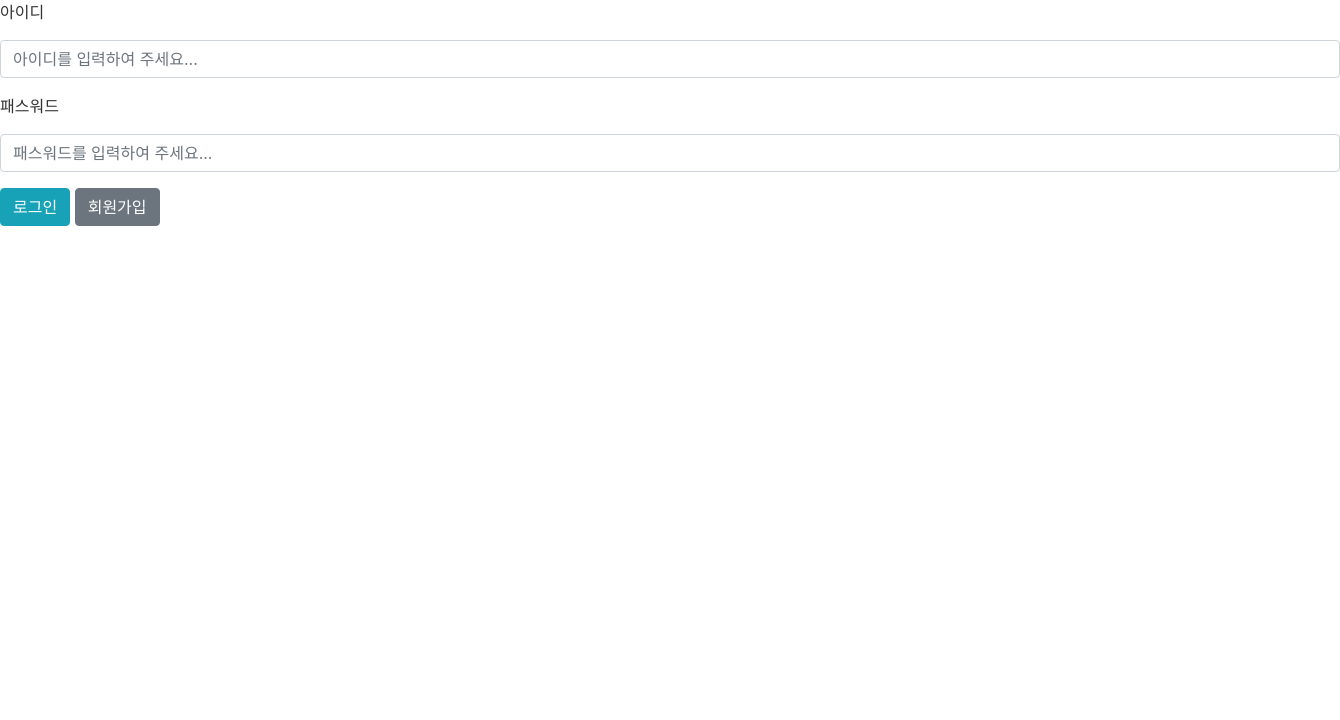
Repository: JangHyuckYun/jsp_study
Page: http://localhost/servletStudy/
The author's editor kept a copy of each file at every save. The page is drawn from the files as they stood at one save, then again after the next save.
The browser window is 1280 px wide. The page is 1340 px wide, so the pictures cover 1340 px, including what lies to the right of the window. The pictures show the whole page.
The page is served by Tomcat 9. Other server files are loaded and not shown.

Above is the page before, as saved 2020-09-23 11:40:37.

### user_related_simple_logic/servletStudy/WebContent/index.jsp
<%@ page language="java" contentType="text/html; charset=UTF-8"
	pageEncoding="UTF-8"%>
<!DOCTYPE html>
<html lang="ko">
<head>
    <meta charset="UTF-8">
    <meta name="viewport"
          content="width=device-width, user-scalable=no, initial-scale=1.0, maximum-scale=1.0, minimum-scale=1.0">
    <meta http-equiv="X-UA-Compatible" content="ie=edge">
    <title>login_page</title>
    <link rel="stylesheet" href="bootstrap-4.3.1-dist/css/bootstrap.min.css">
    <link rel="stylesheet" href="./css/style.css">
</head>
<body>
<section class="login rel">
    <div class="cover rel">
        <form action="/login_action" method="post">
            <div class="form-group">
                <p>아이디</p>
                <input class="form-control" required type="text" name="id" placeholder="아이디를 입력하여 주세요...">
            </div>
            <div class="form-group">
                <p>패스워드</p>
                <input class="form-control" required type="password" name="pw" placeholder="패스워드를 입력하여 주세요...">
            </div>
            <div class="form-group">
                <button type="submit" class="btn btn-info">로그인</button>
                <button type="button" onclick="location.replace('/user/join');" class="btn btn-secondary">회원가입</button>
            </div>
        </form>
    </div>
</section>
</body>
</html>

### user_related_simple_logic/servletStudy/WebContent/css/style.css
* {
    margin: 0;
    padding: 0;
    list-style: none;
    box-sizing: border-box;
    color: #333;
    text-decoration: none;
}

html, body {
    width: 100%;
    height: 100%;
}

section {
    width: 100%;
}

.rel {
    position: relative
}

.ab {
    position: absolute;
}
.flex {
    display: flex;
}
.align {
    align-items: center;
}
.center {
    justify-content: center;
}
.cover {
    width: 1340px;
    margin: 0 auto;
    height: 100%;
}
section.search{
    margin-top: 50px;
    height: 40px;
}
section.search button {
    width: 100px;
    height: 40px;
    margin:0px 10px;
}
section.uesr_list {
    margin-top: 50px;
    text-align: center;
}
td span {
    color:#6898d8;
    cursor: pointer;
}

Loaded but not shown: user_related_simple_logic/servletStudy/WebContent/bootstrap-4.3.1-dist/css/bootstrap.min.css (library)

After the next save:
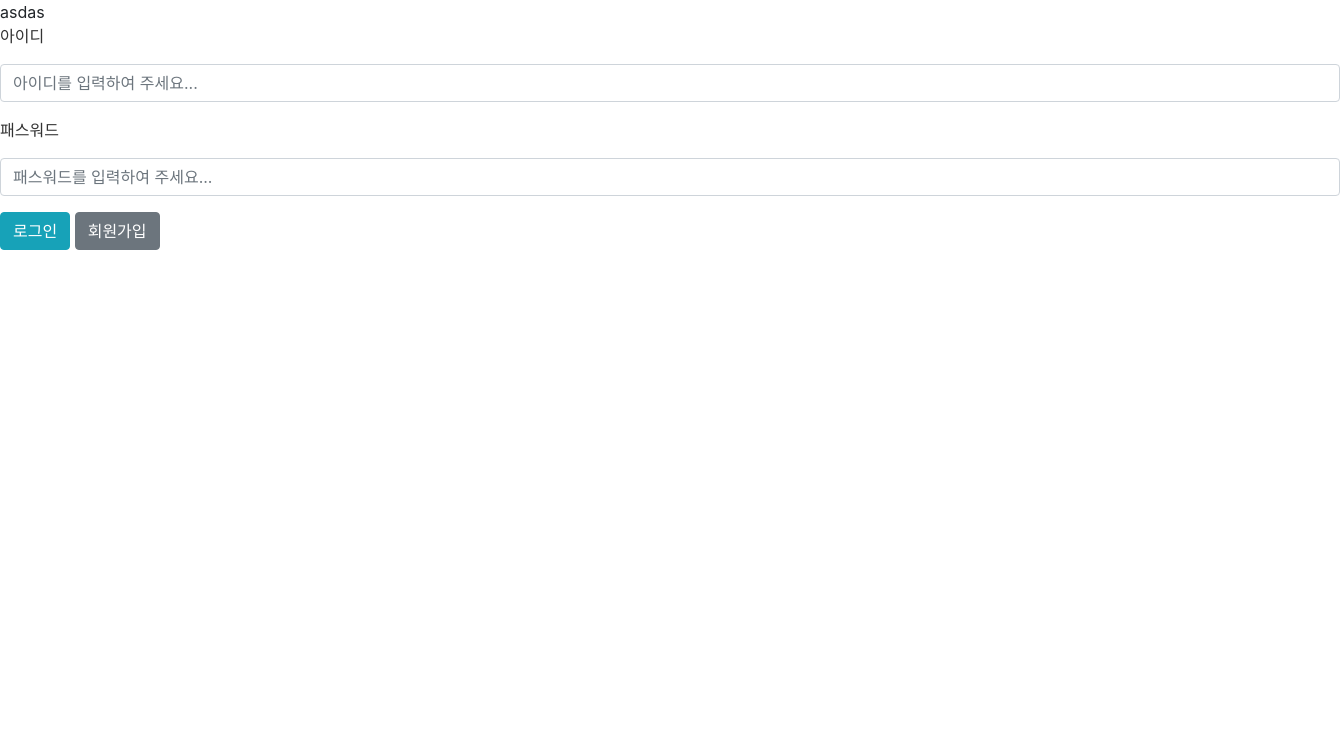
Saved 2 min 1 s later.
--- a/user_related_simple_logic/servletStudy/WebContent/index.jsp
+++ b/user_related_simple_logic/servletStudy/WebContent/index.jsp
@@ -1,5 +1,6 @@
 <%@ page language="java" contentType="text/html; charset=UTF-8"
-	pageEncoding="UTF-8"%>
+	pageEncoding="UTF-8" %>
+	<%= "asdas" %>
 <!DOCTYPE html>
 <html lang="ko">
 <head>

After the save that followed:
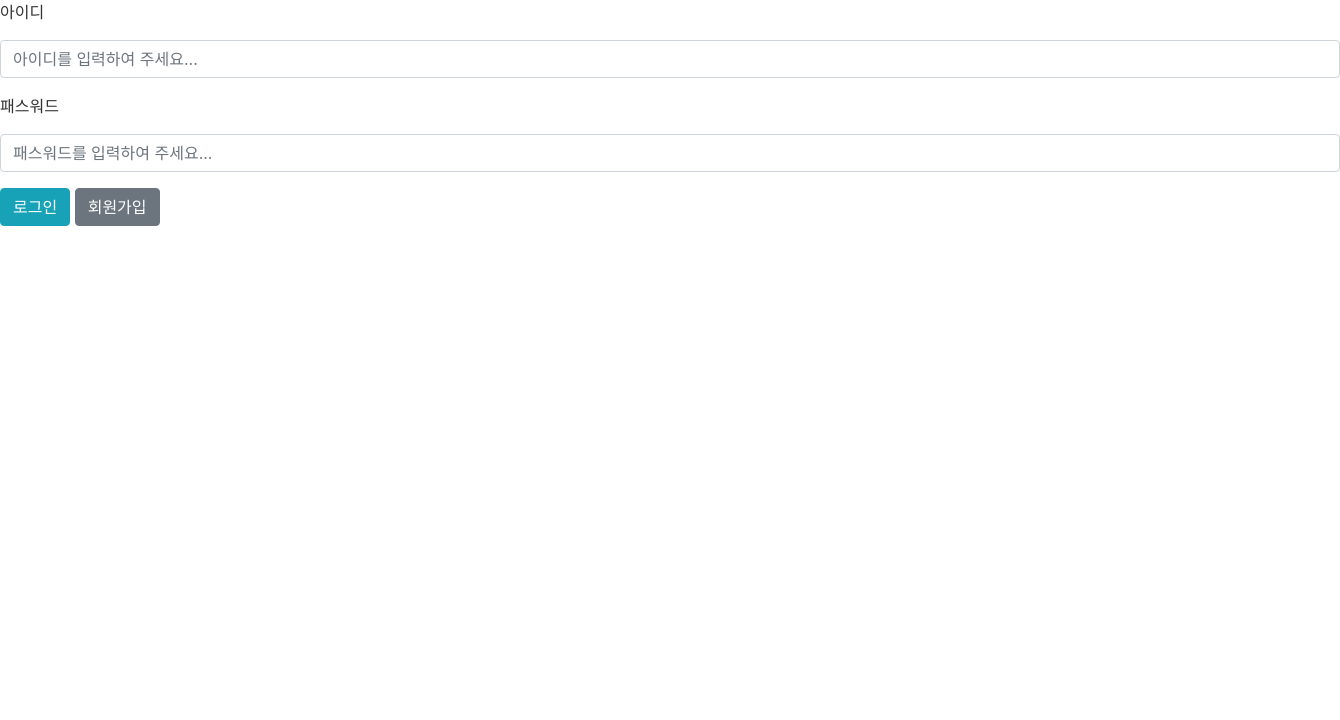
Saved 31 s later.
--- a/user_related_simple_logic/servletStudy/WebContent/index.jsp
+++ b/user_related_simple_logic/servletStudy/WebContent/index.jsp
@@ -1,6 +1,5 @@
 <%@ page language="java" contentType="text/html; charset=UTF-8"
 	pageEncoding="UTF-8" %>
-	<%= "asdas" %>
 <!DOCTYPE html>
 <html lang="ko">
 <head>
